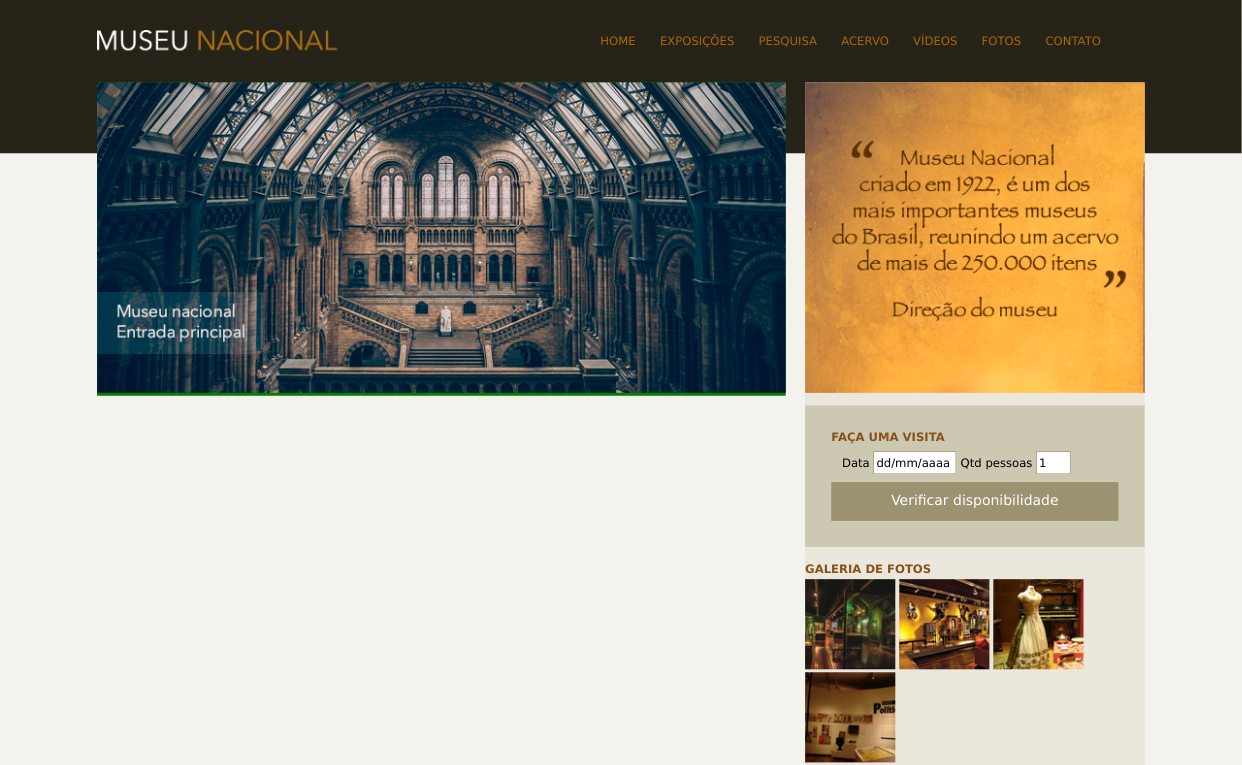
Repository: GustavoScopinho/Museu-Nacional
Page: index.html
The author's editor kept a copy of each file at every save. The page is drawn from the files as they stood at one save, then again after the next save.
The browser window is 1280 px wide. The pictures show the whole page, at 97% of full size.

Above is the page before, as saved 2022-07-05 01:25:26.

After the next save:
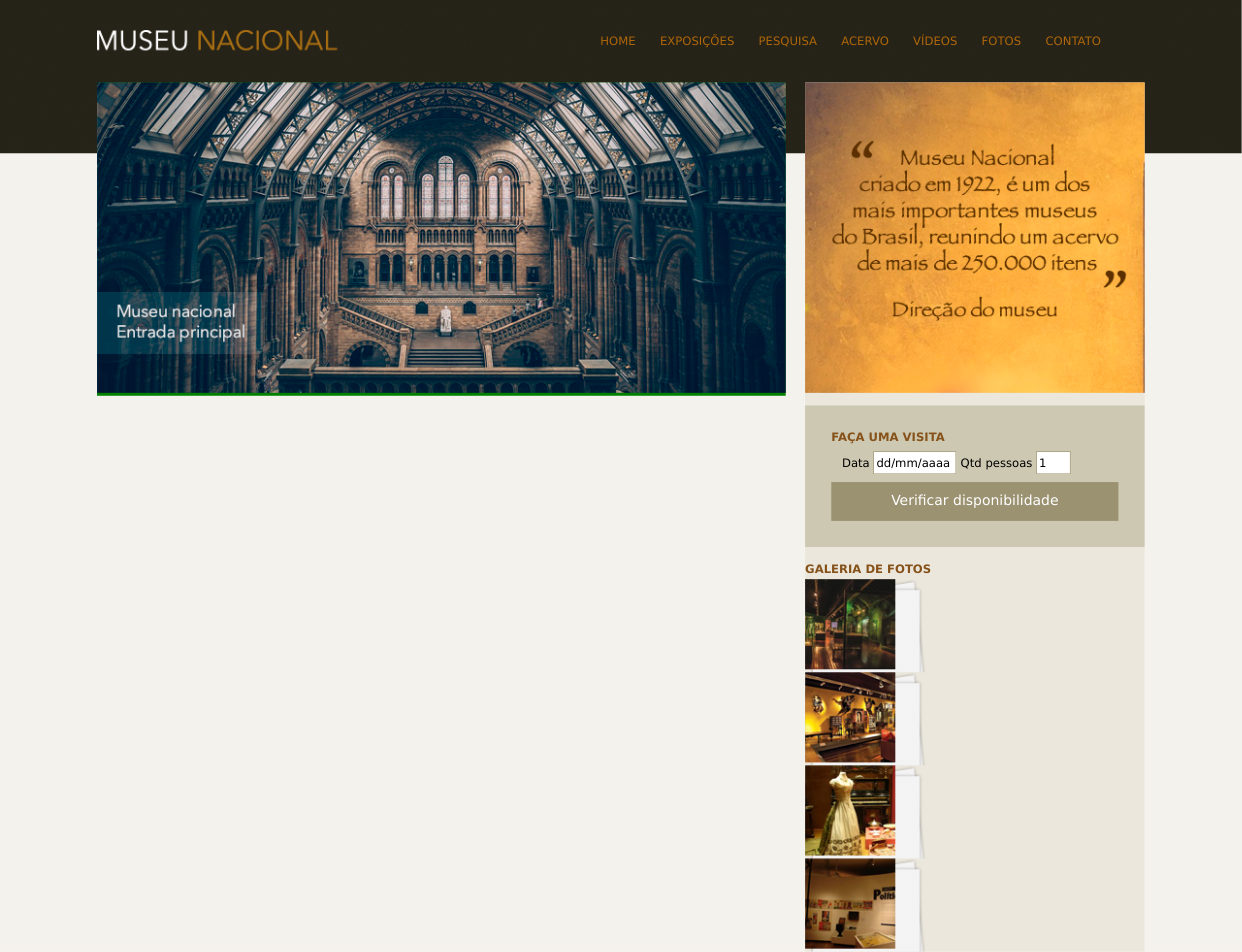
Saved 89 s later.
--- a/css/style.css
+++ b/css/style.css
@@ -77,6 +77,11 @@
   margin-top: 10px;
 }
 
+section#galeria a {
+  display: block;
+  background: url(../img/fundo-foto.png) no-repeat;
+}
+
 h4 {
   color: #86521a;
   text-transform: uppercase;
